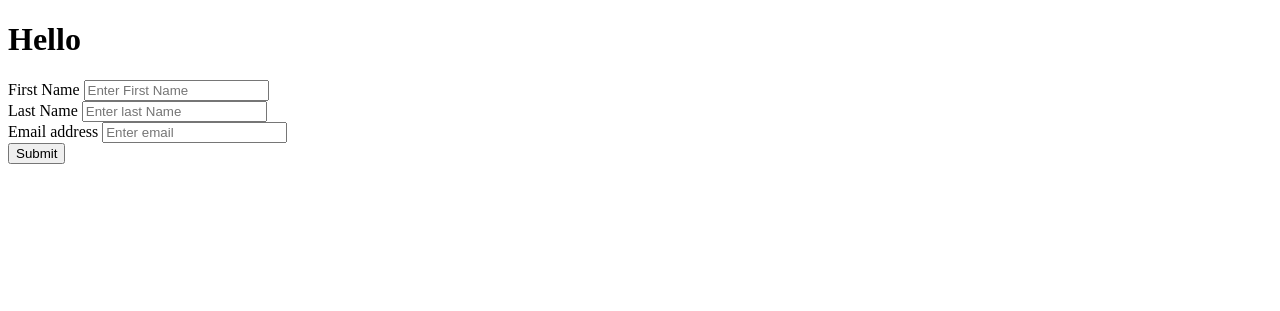
Repository: Siddhant1401/Aurionpro-J2EE
Page: http://localhost/08-STUDENT-MVC/update-student.jsp
The author's editor kept a copy of each file at every save. The page is drawn from the files as they stood at one save, then again after the next save.
The browser window is 1280 px wide. The pictures show the whole page.
The page is served by Tomcat 9. Other server files are loaded and not shown.

Above is the page before, as saved 2023-10-17 08:21:17.

### 08-STUDENT-MVC/WebContent/update-student.jsp
<%@ page language="java" contentType="text/html; charset=ISO-8859-1"
	pageEncoding="ISO-8859-1"%>
<!DOCTYPE html PUBLIC "-//W3C//DTD HTML 4.01 Transitional//EN" "http://www.w3.org/TR/html4/loose.dtd">
<html>
<head>
<meta http-equiv="Content-Type" content="text/html; charset=ISO-8859-1">
<title>Insert title here</title>
</head>

<body>
	<h1>Hello</h1>
	<form action="StudentController" method="get">
		<div class="form-group">
			<label for="first_name">First Name </label> <input type="text"
				class="form-control" name="first_name"
				placeholder="Enter First Name">
		</div>

		<div class="form-group">
			<label for="last_name">Last Name </label> <input type="text"
				class="form-control" name="last_name" placeholder="Enter last Name">
		</div>

		<div class="form-group">
			<label for="Email">Email address</label> <input type="email"
				class="form-control" name="email" placeholder="Enter email">
		</div>
		<input type="hidden" name="action" value="add">

		<button type="submit">Submit</button>
	</form>

</body>
</html>

After the next save:
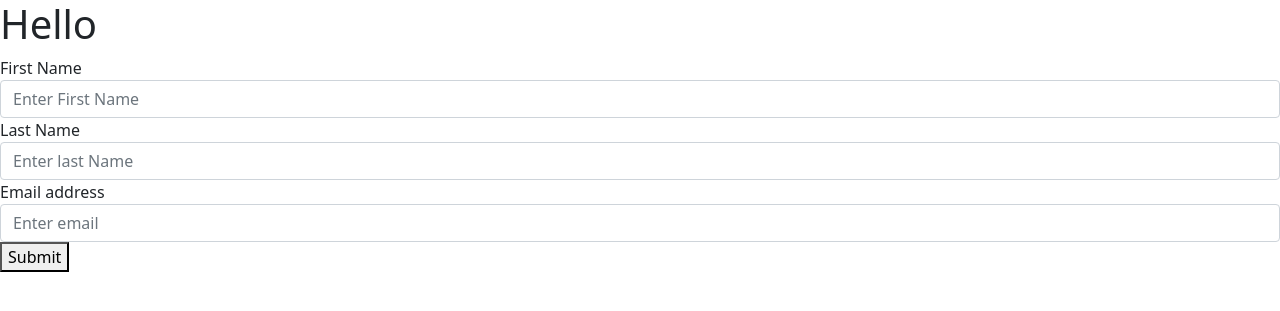
Saved 9 s later.
--- a/08-STUDENT-MVC/WebContent/update-student.jsp
+++ b/08-STUDENT-MVC/WebContent/update-student.jsp
@@ -5,6 +5,15 @@
 <head>
 <meta http-equiv="Content-Type" content="text/html; charset=ISO-8859-1">
 <title>Insert title here</title>
+<link
+	href="https://cdn.jsdelivr.net/npm/bootstrap@5.0.2/dist/css/bootstrap.min.css"
+	rel="stylesheet"
+	integrity="sha384-EVSTQN3/azprG1Anm3QDgpJLIm9Nao0Yz1ztcQTwFspd3yD65VohhpuuCOmLASjC"
+	crossorigin="anonymous">
+<script
+	src="https://cdn.jsdelivr.net/npm/bootstrap@5.0.2/dist/js/bootstrap.bundle.min.js"
+	integrity="sha384-MrcW6ZMFYlzcLA8Nl+NtUVF0sA7MsXsP1UyJoMp4YLEuNSfAP+JcXn/tWtIaxVXM"
+	crossorigin="anonymous"></script>
 </head>
 
 <body>
